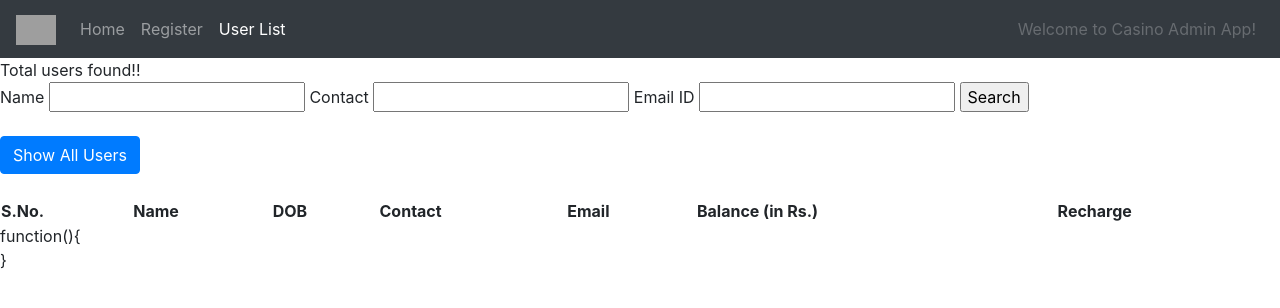
Repository: piyushrulesyou/CasinoGameApplication
Page: http://localhost/adminPanel/UsersList.jsp
These files come from the project's save history. The page is drawn as it stood at one moment and after a run of saves; the edit follows.
The browser window is 1280 px wide. The pictures show the whole page.
Pictures or frames that could not be fetched are drawn as grey boxes. The page is served by Tomcat 9. Nobody is signed in. The application's start-up code is not run.

Above is the page before, as saved 2019-11-01 06:42:43.

After the next 4 saves:
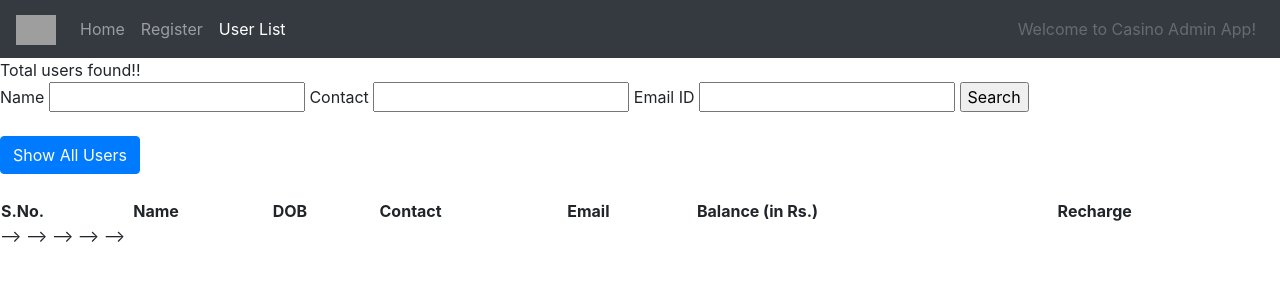
The 4 saves are shown as one change because 3 did not build or start.
The last was saved 4 min 21 s later.
--- a/AdminPanel/adminPanel/src/main/webapp/UsersList.jsp
+++ b/AdminPanel/adminPanel/src/main/webapp/UsersList.jsp
@@ -79,6 +79,7 @@
 			<c:forEach items="${listOfUsers}" var="eachUser">
 
 				<tr>
+					<td>i</td>
 					<td>${eachUser.customerName}</td>
 					<td>${eachUser.dateOfBirth}</td>
 					<td>${eachUser.contactNumber}</td>
@@ -102,50 +103,50 @@
 
 
 
-	function(){
+<!-- 	function(){ -->
 
 
-	<div class="container">
-		<!-- Button to Open the Modal -->
-		<!--   <button type="button" class="btn btn-primary" data-toggle="modal" data-target="#myModal"> -->
-		<!--     Open modal -->
-		<!--   </button> -->
+<!-- 	<div class="container"> -->
+<!-- 		<!-- Button to Open the Modal --> -->
+<!-- 		<!--   <button type="button" class="btn btn-primary" data-toggle="modal" data-target="#myModal"> --> -->
+<!-- 		<!--     Open modal --> -->
+<!-- 		<!--   </button> --> -->
 
-		<!-- The Modal -->
-		<div class="modal" id="myModal">
-			<div class="modal-dialog">
-				<div class="modal-content">
+<!-- 		<!-- The Modal --> -->
+<!-- 		<div class="modal" id="myModal"> -->
+<!-- 			<div class="modal-dialog"> -->
+<!-- 				<div class="modal-content"> -->
 
-					<!-- Modal Header -->
-					<div class="modal-header">
-						<h4 class="modal-title">Recharge Balance</h4>
-						<button type="button" class="close" data-dismiss="modal">&times;</button>
-					</div>
+<!-- 					Modal Header -->
+<!-- 					<div class="modal-header"> -->
+<!-- 						<h4 class="modal-title">Recharge Balance</h4> -->
+<!-- 						<button type="button" class="close" data-dismiss="modal">&times;</button> -->
+<!-- 					</div> -->
 
-					<!-- Modal body -->
-					<div class="modal-body">
-						Amount    Rs.
+<!-- 					Modal body -->
+<!-- 					<div class="modal-body"> -->
+<!-- 						Amount    Rs.  -->
 
-						<input type="hidden" value="">
+<!-- 						<input type="hidden" value=""> -->
 
-						 <input
-							type="text" name="rechargeAmount" id="rechargeAmount">
-					</div>
+<!-- 						 <input -->
+<!-- 							type="text" name="rechargeAmount" id="rechargeAmount"> -->
+<!-- 					</div> -->
 
-					<!-- Modal footer -->
-					<div class="modal-footer">
-						<button type="button" class="btn btn-primary" data-dismiss="modal">Recharge</button>
-					</div>
+<!-- 					Modal footer -->
+<!-- 					<div class="modal-footer"> -->
+<!-- 						<button type="button" class="btn btn-primary" data-dismiss="modal">Recharge</button> -->
+<!-- 					</div> -->
 
-				</div>
-			</div>
-		</div>
+<!-- 				</div> -->
+<!-- 			</div> -->
+<!-- 		</div> -->
 
-	</div>
+<!-- 	</div> -->
 
 
 
-	}
+<!-- 	} -->
 
 
 
